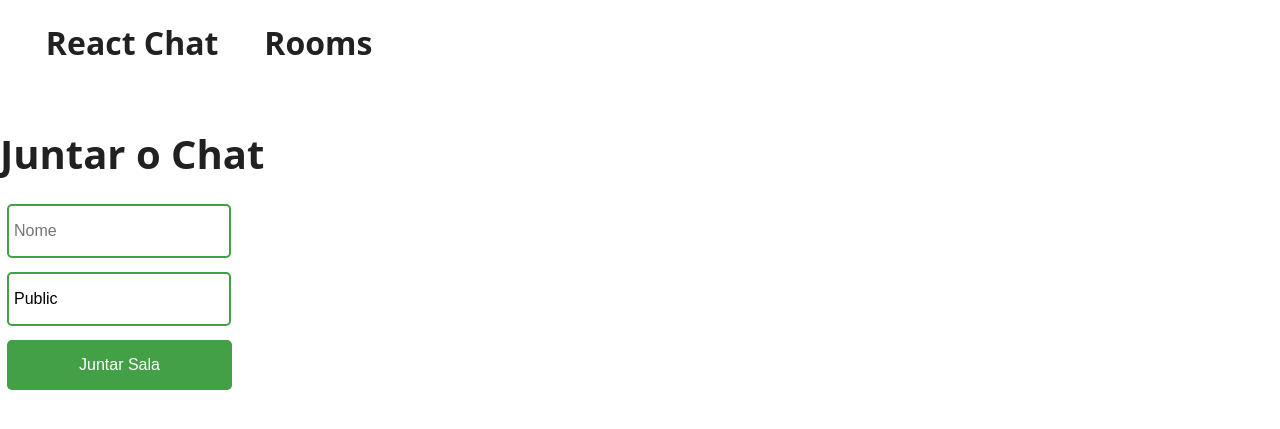
Repository: hierotsu/chat-rooms-react-
Page: / (app in client/)
An editor plug-in stored every save of this project. The page is shown before and after the next save, followed by the edit.
The browser window is 1280 px wide. The pictures show the whole page.
The page's requests for data from a server got no answer. The project was rebuilt for these pictures with package versions that can differ from the ones it lists, and the page was loaded fresh each time. No one was signed in, and anything a server would have sent is missing. Also part of the build but not shown: client/src/components/User.js, client/src/components/Chat.js.

Above is the page before, as saved 2022-02-02 15:20:48.

After the next save:
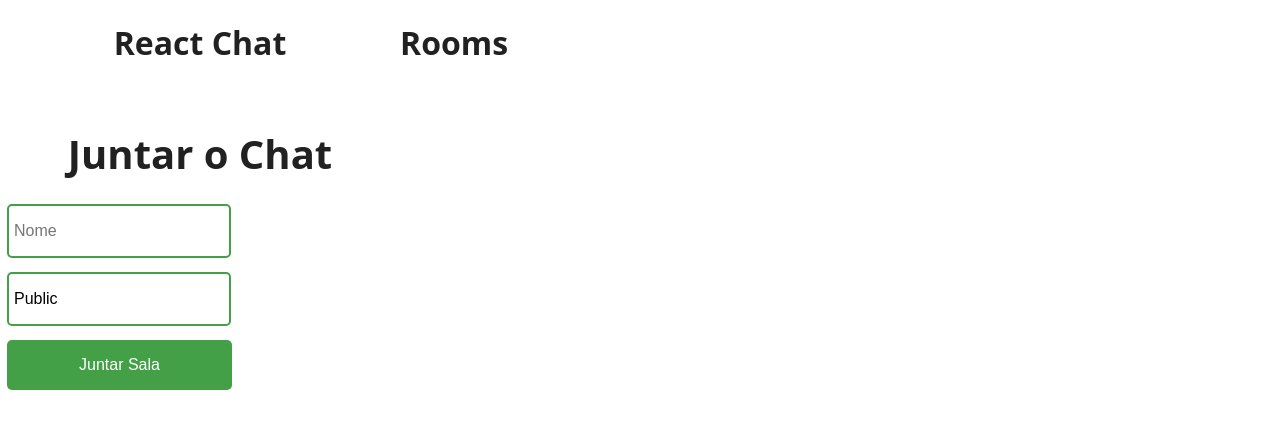
Saved 29 s later.
--- a/client/src/App.css
+++ b/client/src/App.css
@@ -20,6 +20,7 @@ button:hover {
 	display: flex;
 	flex-direction: column;
 	text-align: center;
+	min-width: 400px;
 }
 
 .joinChatContainer h3 {
